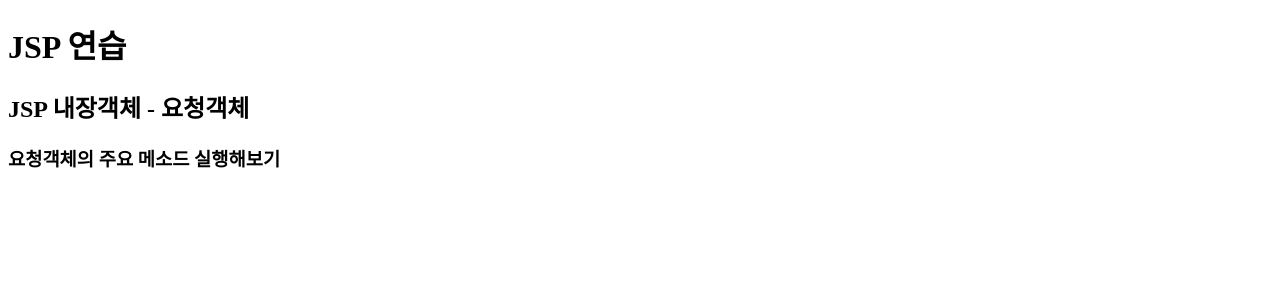
Repository: qwer1227/Jsp_study
Page: http://localhost/app/home.jsp
An editor plug-in stored every save of this project. The page is shown before and after the next save, followed by the edit.
The browser window is 1280 px wide. The pictures show the whole page.
The page is served by Tomcat 9.

Above is the page before, as saved 2024-08-07 00:30:30.

After the next save:
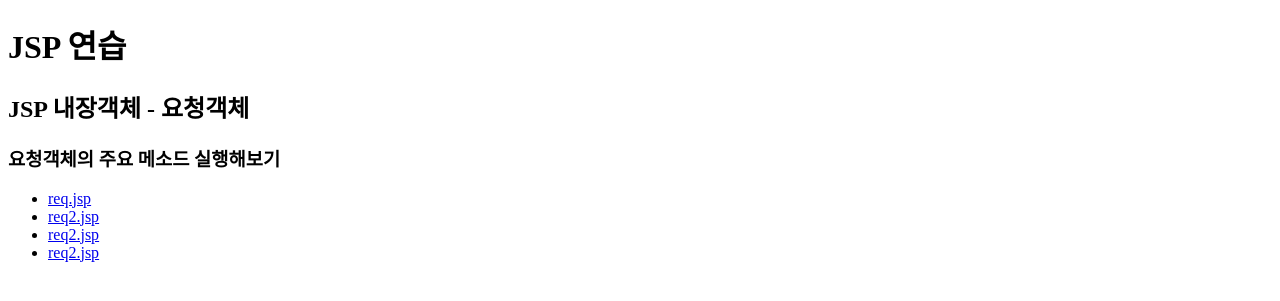
Saved 3 min 3 s later.
--- a/app/src/main/webapp/home.jsp
+++ b/app/src/main/webapp/home.jsp
@@ -3,7 +3,7 @@
 <!DOCTYPE html>
 <html>
 <head>
-<meta charset="EUC-KR">
+<meta charset="UTF-8">
 <title>Insert title here</title>
 </head>
 <body>
@@ -11,5 +11,12 @@
 <H2>JSP 내장객체 - 요청객체</H2>
 
 <h3>요청객체의 주요 메소드 실행해보기</h3>
+<ul>
+	<li><a href="req.jsp">req.jsp</a></li>
+	<li><a href="req2.jsp?opt=title&keyword=java">req2.jsp</a></li>
+	<li><a href="req2.jsp?opt=title&keyword=스프링">req2.jsp</a></li>
+	<li><a href="req2.jsp?opt=title&publisher=한빛출판사">req2.jsp</a></li>
+
+</ul>
 </body>
 </html>
